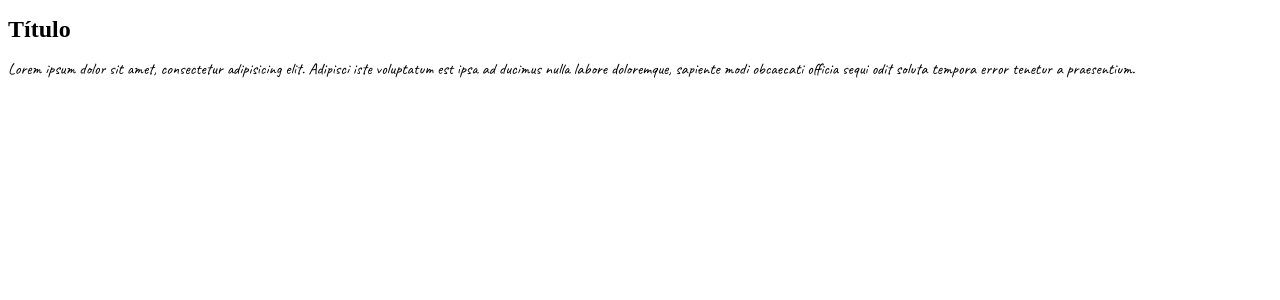
Repository: Iamjordana/html-css
Page: Html Css/Exercicios/ex018/index.html
These files come from the project's save history. The page is drawn as it stood at one moment and after a run of saves; the edit follows.
The browser window is 1280 px wide. The pictures show the whole page.
Some web fonts or font styles are not loaded; a fallback is used.

Above is the page before, as saved 2025-01-28 18:14:43.

### Html Css/Exercicios/ex018/index.html
<!DOCTYPE html>
<html lang="pt-br">
<head>
    <meta charset="UTF-8">
    <meta name="viewport" content="width=device-width, initial-scale=1.0">
    <title>Fontes com Google Fonts</title>
    <style>
        @import url('https://fonts.googleapis.com/css2?family=Playwrite+IN:wght@100..400&display=swap');
        @import url('https://fonts.googleapis.com/css2?family=Caveat:wght@400..700&display=swap');
        body{
            font-family:"Caveat", serif;
            font-size: 16px;
            color: black;
        }
        h1{
            font-family: "Playwrite IN", serif;
            font-size: 24px;
        }
    </style>
</head>
<body>
    <h1>Título</h1>
    <p>Lorem ipsum dolor sit amet, consectetur adipisicing elit. Adipisci iste voluptatum est ipsa ad ducimus nulla labore doloremque, sapiente modi obcaecati officia sequi odit soluta tempora error tenetur a praesentium.</p>
    <h2></h2>
</body>
</html>

After the next 3 saves:
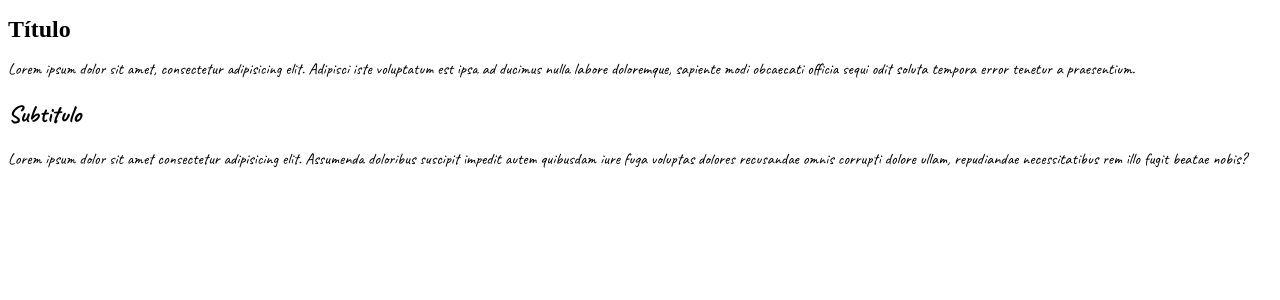
The 3 saves are shown as one change because they came seconds apart.
The last was saved 10 s later.
--- a/Html Css/Exercicios/ex018/index.html
+++ b/Html Css/Exercicios/ex018/index.html
@@ -21,6 +21,7 @@
 <body>
     <h1>Título</h1>
     <p>Lorem ipsum dolor sit amet, consectetur adipisicing elit. Adipisci iste voluptatum est ipsa ad ducimus nulla labore doloremque, sapiente modi obcaecati officia sequi odit soluta tempora error tenetur a praesentium.</p>
-    <h2></h2>
+    <h2>Subtitulo</h2>
+    <p>Lorem ipsum dolor sit amet consectetur adipisicing elit. Assumenda doloribus suscipit impedit autem quibusdam iure fuga voluptas dolores recusandae omnis corrupti dolore ullam, repudiandae necessitatibus rem illo fugit beatae nobis?</p>
 </body>
 </html>
